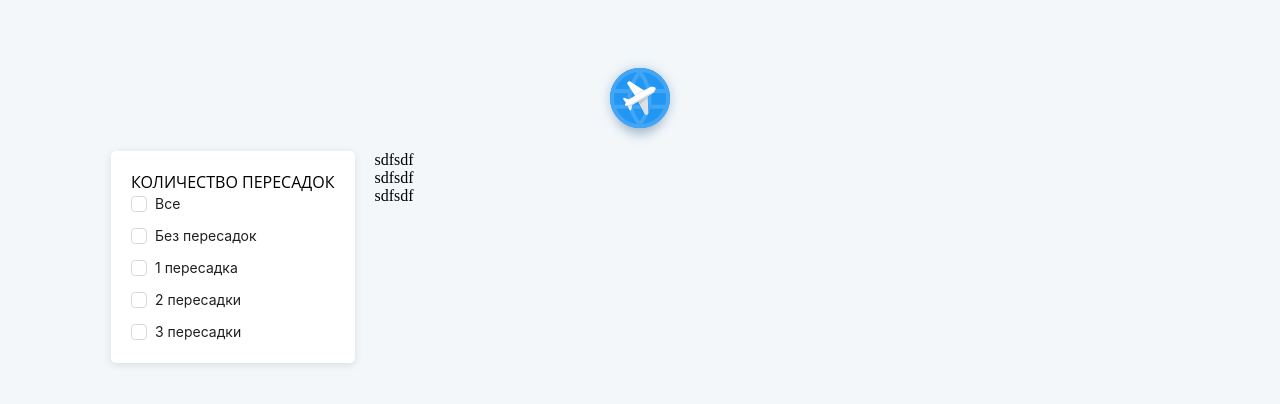
Repository: Dedoxa/aviasalesTickets
Page: /
An editor plug-in stored every save of this project. The page is shown before and after the next save, followed by the edit.
The browser window is 1280 px wide. The pictures show the whole page.
The project was rebuilt for these pictures with package versions that can differ from the ones it lists, and the page was loaded fresh each time. Also part of the build but not shown: vite.config.js.

Above is the page before, as saved 2024-10-19 16:22:42.

### index.html
<!doctype html>
<html lang="en">
  <head>
    <meta charset="UTF-8" />
    <meta name="viewport" content="width=device-width, initial-scale=1.0" />
    <title>AviasalesTickets</title>
  </head>
  <body>
    <div id="root"></div>
    <script type="module" src="/src/main.jsx"></script>
  </body>
</html>

### src/main.jsx
import { StrictMode } from 'react';
import { createRoot } from 'react-dom/client';

import App from './App.jsx';

createRoot(document.getElementById('root')).render(
  <StrictMode>
    <App />
  </StrictMode>
);

### src/App.jsx
// import React from 'react';

import TransferFilters from './TransferFilters/TransferFilters.jsx';
import AppIcon from './AppIcon/AppIcon.jsx';
import classes from './App.module.scss';

function App() {
  return (
    <main className={classes.App}>
      <AppIcon />
      <div style={{ display: 'flex', gap: '20px' }}>
        <TransferFilters />
        <div className={classes.App['priceFiltersAndTicketsContainer']}>
          <div>sdfsdf</div>
          <div>sdfsdf</div>
          <div>sdfsdf</div>
        </div>
      </div>
    </main>
  );
}

export default App;

### src/TransferFilters/TransferFilters.jsx
import { Checkbox } from 'antd';

import { contentBox } from '../App.module.scss';

import classes from './TransferFilters.module.scss';

const TransferFilters = () => {
  return (
    <>
      <div className={contentBox}>
        <span className={classes.title}>КОЛИЧЕСТВО ПЕРЕСАДОК</span>
        <div className={classes.checkboxContainer}>
          <Checkbox>Все</Checkbox>
          <Checkbox>Без пересадок</Checkbox>
          <Checkbox>1 пересадка</Checkbox>
          <Checkbox>2 пересадки</Checkbox>
          <Checkbox>3 пересадки</Checkbox>
        </div>
      </div>
    </>
  );
};

export default TransferFilters;

### src/AppIcon/AppIcon.jsx
import classes from './AppIcon.module.scss';

const AppIcon = () => {
  return (
    <div className={classes.AppIcon}>
      <img src="/public/img/Logo.svg" alt="AviasalesIcon" />
    </div>
  );
};

export default AppIcon;

### src/App.module.scss
@font-face {
  font-family: 'Open Sans';
  src: url('https://fonts.googleapis.com/css2?family=Open+Sans:ital,wght@0,300..800;1,300..800&display=swap');
}

.contentBox {
    display: inline-block;
    font-family: 'Open Sans', sans-serif;
    background-color: #fff;
    border-radius: 5px;
    box-shadow: 0 2px 8px 0 rgba(0, 0, 0, 0.1);
    padding: 20px;
  }

body {
  background-color: #f3f7fa;
  padding: 50px 103px;
}

.App {
    .priceFiltersAndTicketsContainer {
        display: flex;
        flex-direction: column;
    }
}

### src/TransferFilters/TransferFilters.module.scss
.title {
  margin-bottom: 20px;
}

.checkboxContainer {
  display: flex;
  flex-direction: column;
  gap: 10px;
}

### src/AppIcon/AppIcon.module.scss
.AppIcon {
    text-align: center;
}

### src/PriceFilters/PriceFilters.jsx
import { Segmented } from 'antd';

const PriceFilters = () => {
  return <Segmented options={['САМЫЙ ДЕШЁВЫЙ', 'САМЫЙ БЫСТРЫЙ', 'ОПТИМАЛЬНЫЙ']} />;
};

export default PriceFilters;

After the next save:
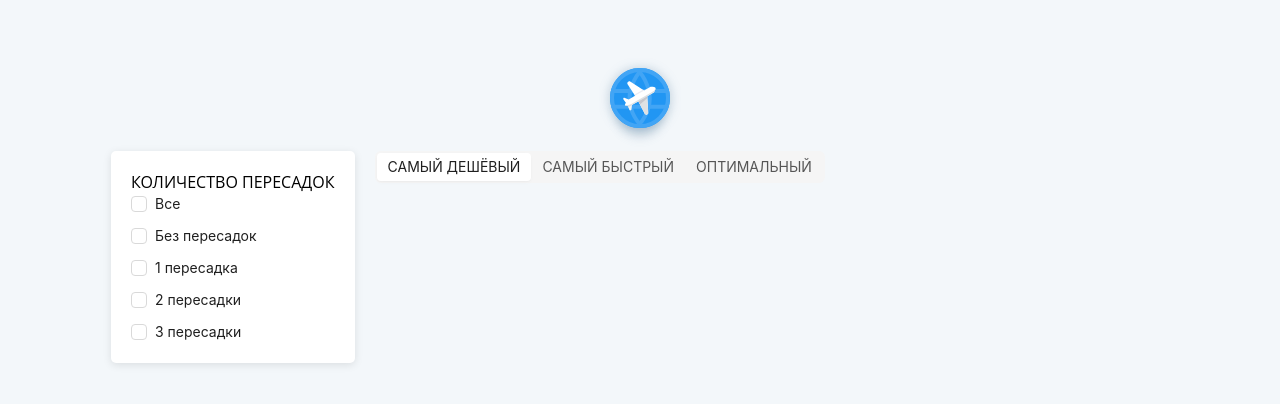
Saved 52 s later.
--- a/src/App.jsx
+++ b/src/App.jsx
@@ -2,6 +2,7 @@
 
 import TransferFilters from './TransferFilters/TransferFilters.jsx';
 import AppIcon from './AppIcon/AppIcon.jsx';
+import PriceFilters from './PriceFilters/PriceFilters.jsx';
 import classes from './App.module.scss';
 
 function App() {
@@ -11,9 +12,7 @@ function App() {
       <div style={{ display: 'flex', gap: '20px' }}>
         <TransferFilters />
         <div className={classes.App['priceFiltersAndTicketsContainer']}>
-          <div>sdfsdf</div>
-          <div>sdfsdf</div>
-          <div>sdfsdf</div>
+          <PriceFilters />
         </div>
       </div>
     </main>
